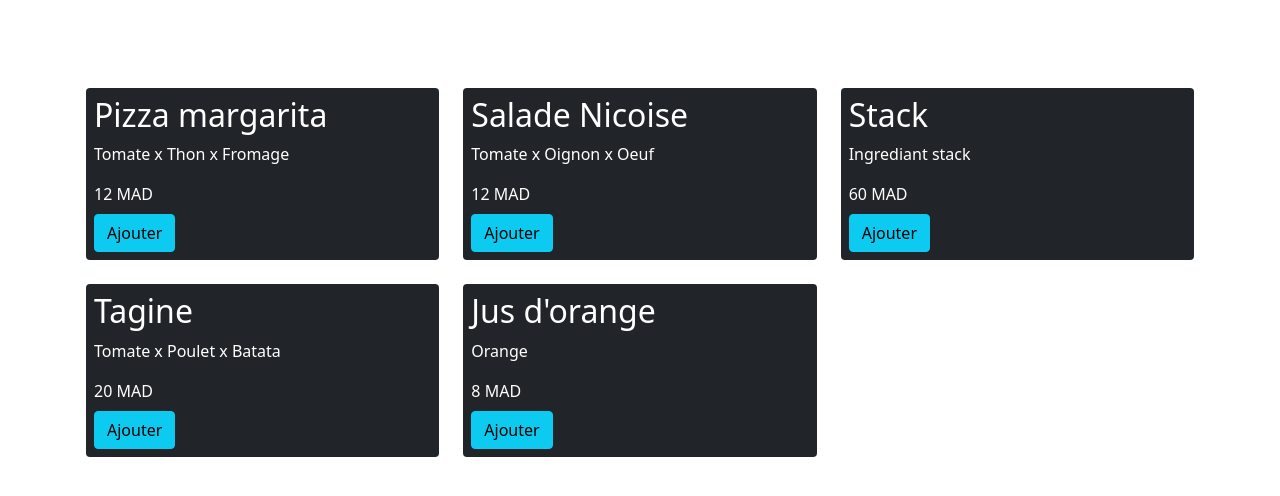
Repository: FS-23/my-restaurant
Page: /
These files come from the project's save history. The page is drawn as it stood at one moment and after the next save; the edit follows.
The browser window is 1280 px wide. The pictures show the whole page.
The project was rebuilt for these pictures with package versions that can differ from the ones it lists, and the page was loaded fresh each time.

Above is the page before, as saved 2022-04-29 14:01:16.

### public/index.html
<!DOCTYPE html>
<html lang="en">
  <head>
    <meta charset="utf-8" />
    <link rel="icon" href="%PUBLIC_URL%/favicon.ico" />
    <meta name="viewport" content="width=device-width, initial-scale=1" />
    <meta name="theme-color" content="#000000" />
    <meta
      name="description"
      content="Web site created using create-react-app"
    />
    <link rel="apple-touch-icon" href="%PUBLIC_URL%/logo192.png" />
    <!--
      manifest.json provides metadata used when your web app is installed on a
      user's mobile device or desktop. See https://developers.google.com/web/fundamentals/web-app-manifest/
    -->
    <link rel="manifest" href="%PUBLIC_URL%/manifest.json" />
    <!--
      Notice the use of %PUBLIC_URL% in the tags above.
      It will be replaced with the URL of the `public` folder during the build.
      Only files inside the `public` folder can be referenced from the HTML.

      Unlike "/favicon.ico" or "favicon.ico", "%PUBLIC_URL%/favicon.ico" will
      work correctly both with client-side routing and a non-root public URL.
      Learn how to configure a non-root public URL by running `npm run build`.
    -->
    <title>React App</title>
    <!-- CSS only -->
<link href="https://cdn.jsdelivr.net/npm/bootstrap@5.1.3/dist/css/bootstrap.min.css" rel="stylesheet">
  </head>
  <body>
    <noscript>You need to enable JavaScript to run this app.</noscript>
    <div id="root"></div>
    <!--
      This HTML file is a template.
      If you open it directly in the browser, you will see an empty page.

      You can add webfonts, meta tags, or analytics to this file.
      The build step will place the bundled scripts into the <body> tag.

      To begin the development, run `npm start` or `yarn start`.
      To create a production bundle, use `npm run build` or `yarn build`.
    -->
  </body>
</html>

### src/index.css
.plat-container:hover {
     top: -10px;

}

.plat-container {
  top: 0;
  transition: top 0.5s;
}


.app-gradient-container {
   background-image: linear-gradient(160deg , red , blue);
   opacity: 0.2;
}

### src/App.js
import Menu from './components/Menu'
function App() {
  return (
    <div className="">
       <div className='vw-100 vh-100 position-fixed text-white'>
           <div className='position-absolute d-none top-0 w-100 h-100 bg-dark app-gradient-container'>

           </div>
           <div className="mt-5 p-3 rounded container ">
              <Menu />
           </div>
       </div>
    </div>
  );
}

export default App;

### src/components/Menu.js
import Plat from "./Plat"
function Menu(){
    let menuList = [
          {id: 1 , name: "Pizza margarita" , price: 12 , ingredient: "Tomate x Thon x Fromage"},
          {id: 2 , name: "Salade Nicoise" , price: 12 , ingredient: "Tomate x Oignon x Oeuf"},
          {id: 3 , name: "Stack" , price: 60 , ingredient: "Ingrediant stack"},
          {id: 4 , name: "Tagine" , price: 20 , ingredient: "Tomate x Poulet x Batata"},
          {id: 5 , name: "Jus d'orange" , price: 8 , ingredient: "Orange"},
    ]

    return (
        <div className="row">
           {
               menuList.map((menu) =>   < Plat name= {menu.name} price={menu.price} ingredient={menu.ingredient} />)
           }

        </div>
    )
}

export default Menu

### src/components/Plat.js

function Plat (props){
    return(
        <div className=" col-1 col-sm-2 col-lg-4 mt-4 position-relative plat-container" >
            <div className="bg-dark p-2 rounded">
                <h2>{props.name} </h2>
                <p> {props.ingredient}</p>
                <div>
                    {props.price} MAD
                </div>
                <button className="btn btn-info mt-2">Ajouter</button>
            </div>
       </div>


    )
}

export default Plat

Loaded but not shown: src/index.js (common file)

After the next save:
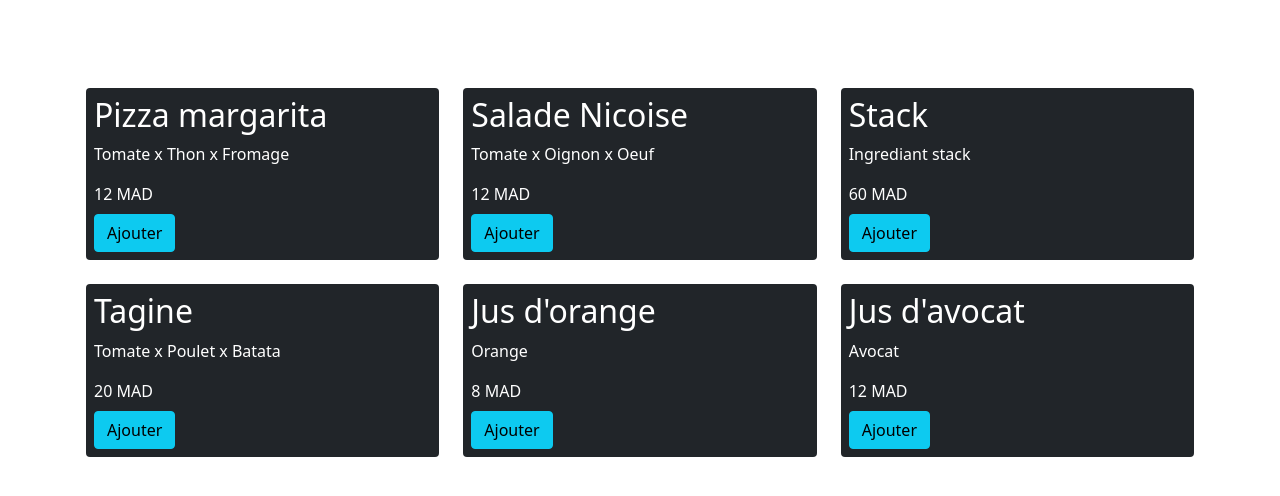
Saved 33 s later.
--- a/src/components/Menu.js
+++ b/src/components/Menu.js
@@ -6,6 +6,7 @@ function Menu(){
           {id: 3 , name: "Stack" , price: 60 , ingredient: "Ingrediant stack"},
           {id: 4 , name: "Tagine" , price: 20 , ingredient: "Tomate x Poulet x Batata"},
           {id: 5 , name: "Jus d'orange" , price: 8 , ingredient: "Orange"},
+          {id: 5 , name: "Jus d'avocat" , price: 12 , ingredient: "Avocat"},
     ]
 
     return (
